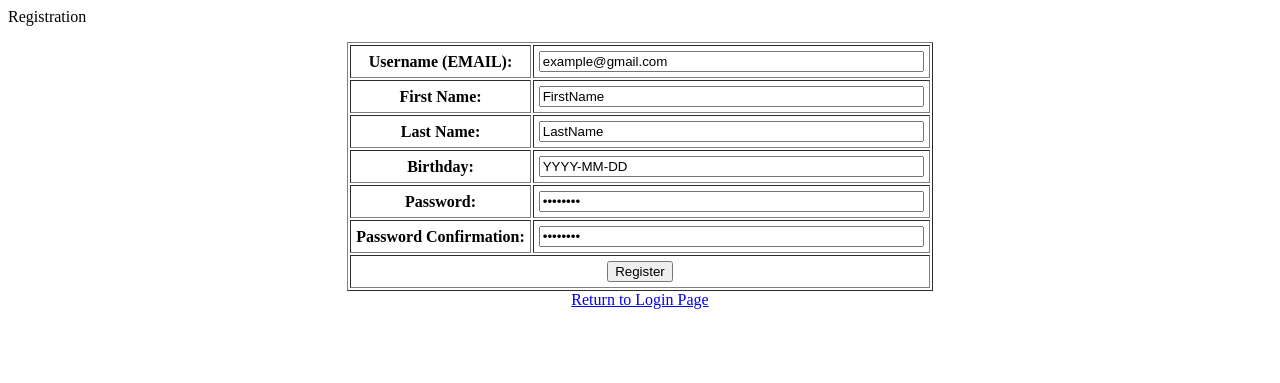
Repository: jrule5960/Tree-Cutting-Database
Page: http://localhost/database/register.jsp
These files come from the project's save history. The page is drawn as it stood at one moment and after the next save; the edit follows.
The browser window is 1280 px wide. The pictures show the whole page.
The page is served by Tomcat 9.

Above is the page before, as saved 2023-10-16 16:23:23.

After the next save:
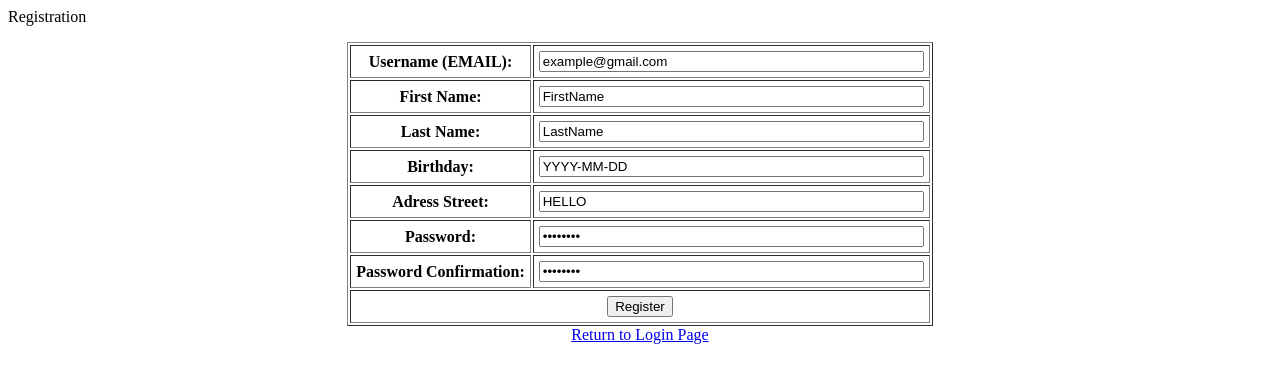
Saved 8 min 38 s later.
--- a/database/WebContent/register.jsp
+++ b/database/WebContent/register.jsp
@@ -36,6 +36,15 @@
 					</td>
 
 				</tr>
+
+				<tr>
+					<th>Adress Street: </th>
+					<td align="center" colspan="3">
+						<input type="text" name="adress_street" size="45" value="HELLO" onfocus="this.value=''">
+					</td>
+
+				</tr>
+
 				<tr>
 					<th>Password: </th>
 					<td align="center" colspan="3">
